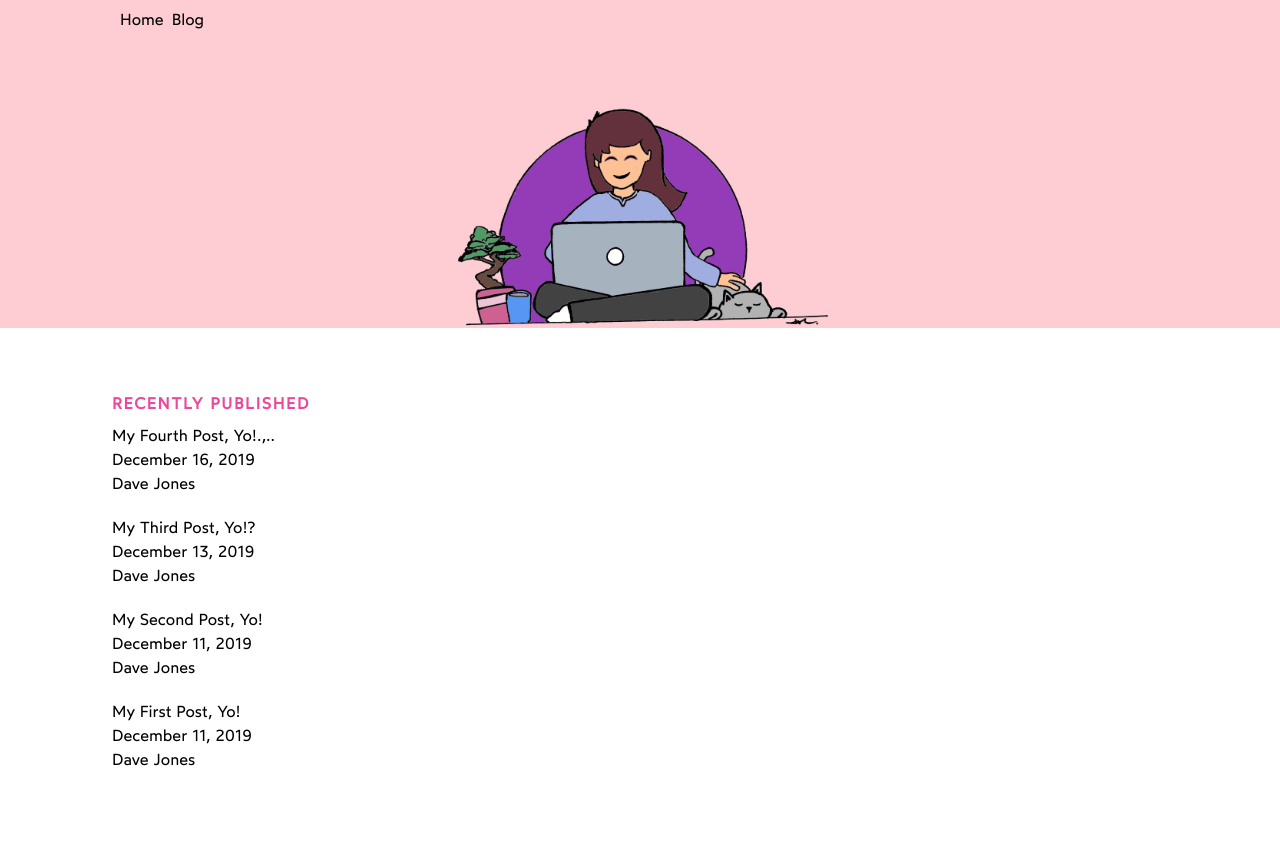
Repository: Risclover/markdown-blog
Page: /
An editor plug-in stored every save of this project. The page is shown before and after a run of saves, followed by the edit.
The browser window is 1280 px wide. The pictures show the whole page.
The project was rebuilt for these pictures with package versions that can differ from the ones it lists, and the page was loaded fresh each time.

Above is the page before, as saved 2023-06-28 14:31:13.

After the next 3 saves:
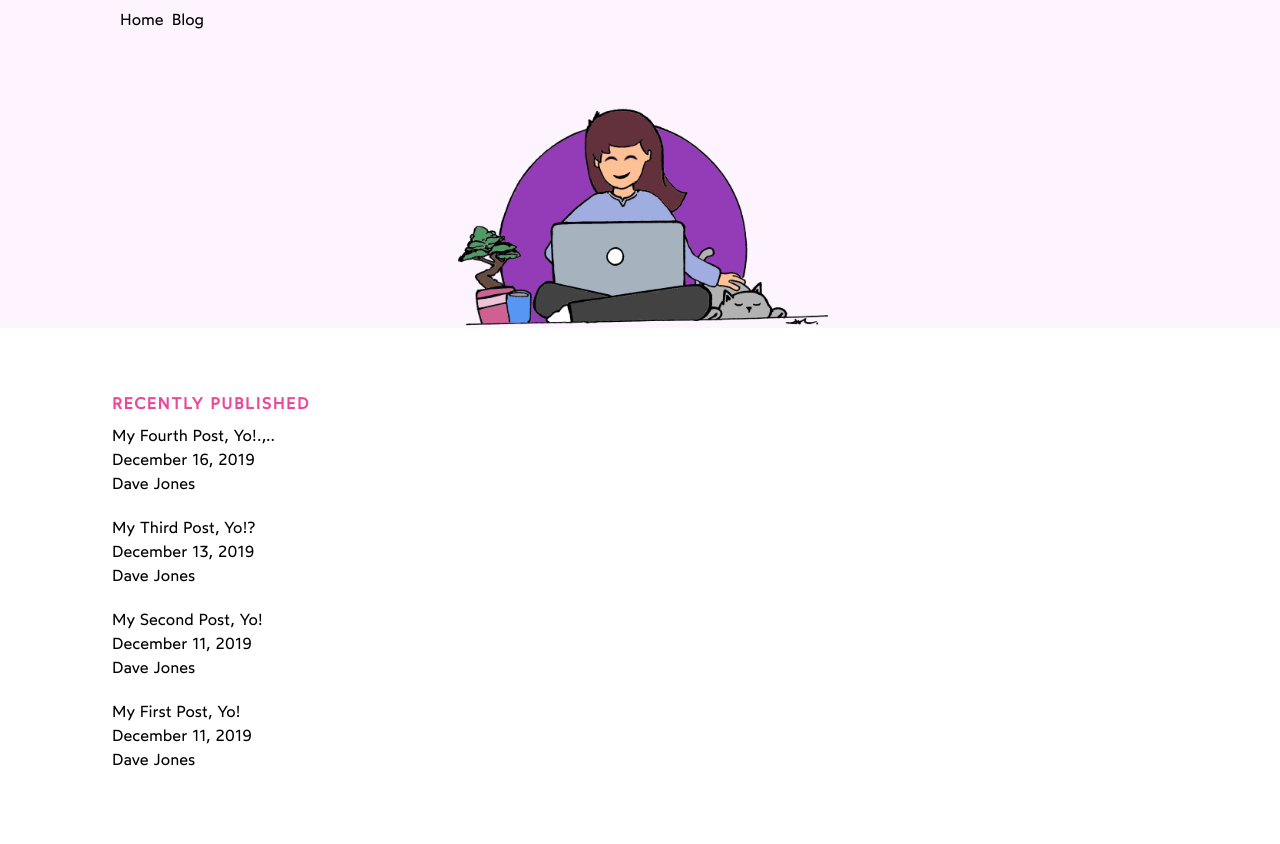
The 3 saves are shown as one change because they came seconds apart.
The last was saved 18 s later.
--- a/src/components/Header.js
+++ b/src/components/Header.js
@@ -2,7 +2,7 @@ import React from "react";
 
 export default function Header({ children }) {
   return (
-    <header className="w-full bg-rose-200 flex flex-col">
+    <header className="w-full bg-fuchsia-50 flex flex-col">
       <div className="max-w-6xl px-12 w-full mx-auto">{children}</div>
     </header>
   );
